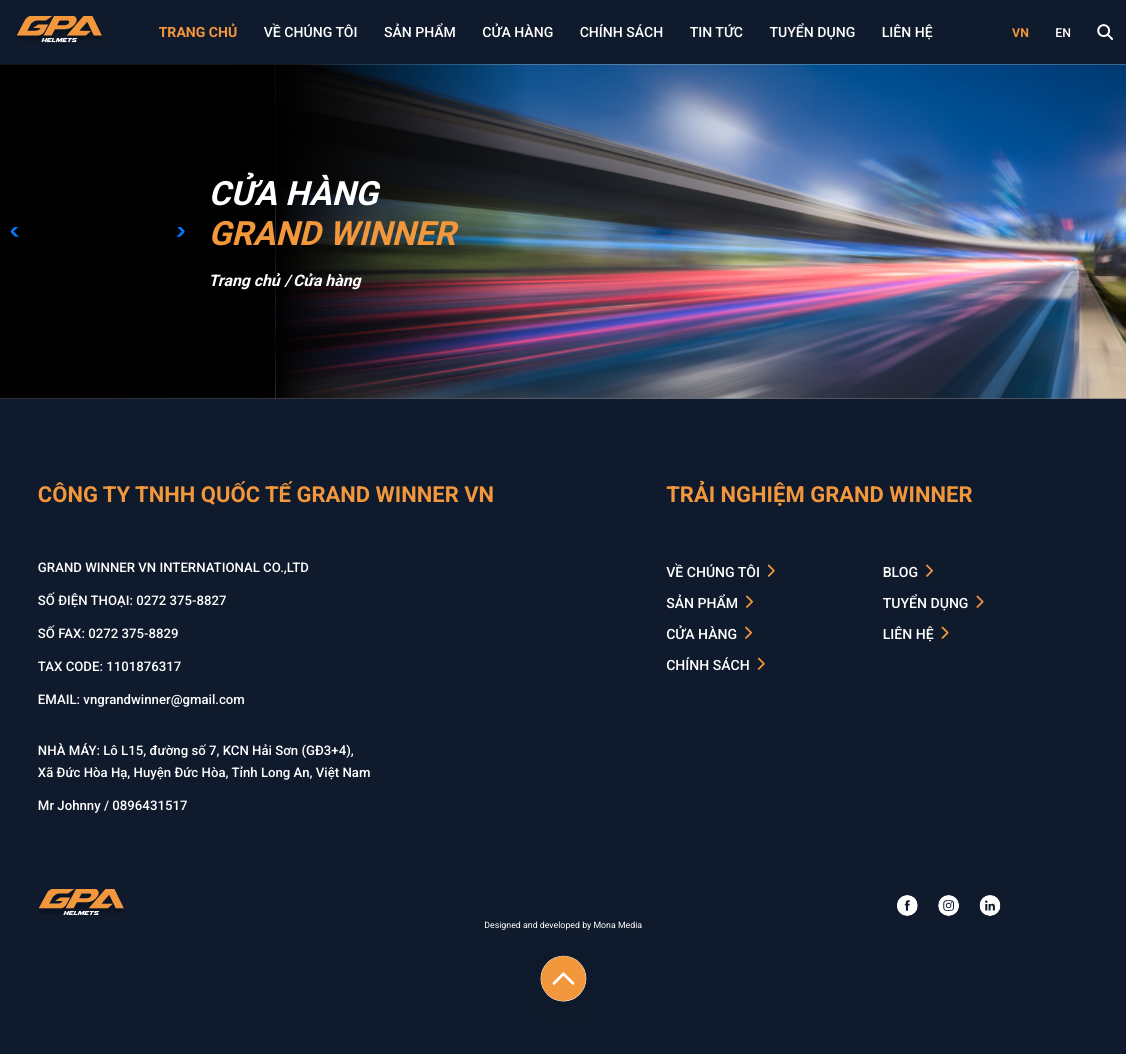
Repository: ThangNguyenT5/GrandWinner
Page: index.html
An editor plug-in stored every save of this project. The page is shown before and after the next save, followed by the edit.
The browser window is 1280 px wide. The pictures show the whole page, at 88% of full size.
Pictures or frames that could not be fetched are drawn as grey boxes. Some web libraries are served in a nearby version.

Above is the page before, as saved 2023-03-28 13:54:21.

### index.html
<!DOCTYPE html>
<html lang="en">
<head>
    <meta charset="UTF-8">
    <meta http-equiv="X-UA-Compatible" content="IE=edge">
    <meta name="viewport" content="width=device-width, initial-scale=1.0">
    <title>Cửa Hàng - GRAND WINNER</title>
    <link rel="icon" href="./assets/images/GPA-logo-small.svg">
    <link rel="stylesheet" href="./assets/css/base.css">
    <link rel="stylesheet" href="./assets/css/styles.css">
    <link rel="stylesheet" href="./assets/css/grid.css">
    <link rel="stylesheet" href="./assets/css/responsive.css">
    <link rel="stylesheet" href="https://cdnjs.cloudflare.com/ajax/libs/font-awesome/6.3.0/css/all.min.css" integrity="sha512-SzlrxWUlpfuzQ+pcUCosxcglQRNAq/DZjVsC0lE40xsADsfeQoEypE+enwcOiGjk/bSuGGKHEyjSoQ1zVisanQ==" crossorigin="anonymous" referrerpolicy="no-referrer" />
    <link href="https://fonts.googleapis.com/css2?family=Roboto:wght@300;400;500;700;900&display=swap" rel="stylesheet">
    <link href="https://unpkg.com/aos@2.3.1/dist/aos.css" rel="stylesheet">
    <link rel="stylesheet" href="https://cdn.jsdelivr.net/npm/swiper@9/swiper-bundle.min.css"/>
</head>
<body>
    <!-- HEADER -->
    <header class="hd">
        <div class="hd-ctn">
            <div class="hd-logo">
                <a href="#" class="custom-logo-link">
                    <img src="./assets/images/GPA-logo-small.svg" alt="GRAND WINNER" class="custom-logo">
                </a>
            </div>
            <div class="hd-menu hdMenu">
                <div class="hd-menu-close">
                    <!-- <i class="fa-solid fa-bars"></i> -->
                    <i class="fa-solid fa-xmark"></i>
                </div>
                <div class="menu">
                    <ul class="menu-list">
                        <li class="menu-item">
                            <a href="./index.html" class="menu-item-link current-menu-item">Trang chủ</a>
                        </li>
                        <li class="menu-item">
                            <a href="#" class="menu-item-link">Về chúng tôi</a>
                        </li>
                        <li class="menu-item">
                            <a href="./products.html" class="menu-item-link">Sản phẩm</a>
                        </li>
                        <li class="menu-item">
                            <a href="./store.html" class="menu-item-link">Cửa hàng</a>
                        </li>
                        <li class="menu-item">
                            <a href="./policy.html" class="menu-item-link">Chính sách</a>
                        </li>
                        <li class="menu-item">
                            <a href="#" class="menu-item-link">Tin tức</a>
                        </li>
                        <li class="menu-item">
                            <a href="#" class="menu-item-link">Tuyển dụng</a>
                        </li>
                        <li class="menu-item">
                            <a href="#" class="menu-item-link">Liên hệ</a>
                        </li>
                    </ul>
                </div>
                <div class="hd-menu-social">
                    <ul class="hd-social-list">
                        <li class="hd-social-item">
                            <a href="#">
                                <img src="./assets/images/./icon/fixed-menu-icon-facebook.svg" alt="facebook-icon">
                            </a>
                        </li>
                        <li class="hd-social-item">
                            <a href="#">
                                <img src="./assets/images/icon/fixed-menu-icon-instagram.svg" alt="instagram-icon">
                            </a>
                        </li>
                        <li class="hd-social-item">
                            <a href="#">
                                <img src="./assets/images/icon/fixed-menu-icon-linkedin.svg" alt="linkedin-icon">
                            </a>
                        </li>
                        <li class="hd-social-item">
                            <a href="#">
                                <img src="./assets/images/icon/fixed-menu-icon-telephone.svg" alt="telephone-icon">
                            </a>
                        </li>
                    </ul>
                </div>
            </div>
            <!-- < 1200px -->
            <div class="bg-page"></div>

            <div class="hd-controls">
                <div class="hd-lang">
                <ul class="hd-lang-list">
                    <li class="hd-lang-item">
                        <a class="lang-item-link current-lang-item" href="#">vn</a>
                    </li>
                    <li class="hd-lang-item">
                        <a class="lang-item-link" href="#">en</a>
                    </li>
                </ul>
                </div>
                <div class="hd-search">
                    <i class="hd-search-icon fa-solid fa-magnifying-glass"></i>
                    <div class="hd-search-form">
                        <form>
                            <div class="form-ctn">
                                <input type="text" placeholder="Tìm Kiếm...">
                                <input type="submit" value="">
                            </div>
                        </form>
                    </div>
                </div>
                <div class="hd-bar">
                    <i class="fa-solid fa-bars"></i>
                </div>
            </div>
        </div>
    </header>

    <!-- MAIN -->
    <main>
        <div class="banner-page">
            <div class="banner-page-img">
                <img src="./assets/images/banner/banner-trangchu.png" alt="banner-cuahang">
            </div>
            <div class="swiper mySwiper">
                <div class="swiper-wrapper">
                  <div class="swiper-slide">Slide 1</div>
                  <div class="swiper-slide">Slide 2</div>
                  <div class="swiper-slide">Slide 3</div>
                  <div class="swiper-slide">Slide 4</div>
                  <div class="swiper-slide">Slide 5</div>
                  <div class="swiper-slide">Slide 6</div>
                  <div class="swiper-slide">Slide 7</div>
                  <div class="swiper-slide">Slide 8</div>
                  <div class="swiper-slide">Slide 9</div>
                </div>
                <div class="swiper-button-next"></div>
                <div class="swiper-button-prev"></div>
                <div class="swiper-pagination"></div>
            </div>


            <div class="banner-page-content">
                <div class="container">
                    <div class="content">
                        <div class="banner-page-tt" data-aos="fade-left">
                            <h2>
                                Cửa hàng
                                <br>
                                <span class="h1">GRAND WINNER</span>
                            </h2>
                        </div>
                            <div class="breadcrumb" data-aos="fade-right">
                            <ul class="breadcrumb-list">
                                <li class="breadcrumb-item">
                                    <a href="#">Trang chủ</a>
                                </li>
                                <li class="breadcrumb-item">
                                    <a href="#">Cửa hàng</a>
                                </li>
                            </ul>
                        </div>
                    </div>
                </div>
            </div>
        </div>

    </main>

    <!-- FOOTER -->
    <footer class="ft">
        <div class="container">
            <div class="ft-top">
                <div class="ft-ctn">
                    <div class="col col-7">
                        <div class="ft-tt">
                            CÔNG TY TNHH QUỐC TẾ GRAND WINNER VN
                        </div>
                        <div class="ft-desc">
                            <p>
                                <span class="ft-label">
                                    GRAND WINNER VN INTERNATIONAL CO.,LTD
                                </span>
                            </p>
                            <p>
                                <span class="ft-label">
                                    SỐ ĐIỆN THOẠI:
                                </span>
                                <span class="ft-dt">
                                    <a href="tel:0272375-8827">0272 375-8827</a>
                                </span>
                            </p>
                            <p>
                                <span class="ft-label">
                                    SỐ FAX:
                                </span>
                                <span class="ft-dt">
                                    0272 375-8829
                                </span>
                            </p>
                            <p>
                                <span class="ft-label">
                                    TAX CODE:
                                </span>
                                <span class="ft-dt">
                                    <a href="tel:1101876317" class="dt">1101876317</a>
                                </span>
                            </p>
                            <p>
                                <span class="ft-label">
                                    EMAIL:
                                </span>
                                <span class="ft-dt">
                                    <a href="mailto:vngrandwinner@gmail.com" class="dt">vngrandwinner@gmail.com</a>
                                </span>
                            </p>

                        </div>
                        <div class="ft-desc">
                            <p>
                                <span class="ft-label">NHÀ MÁY:</span>
                                <span class="ft-dt">
                                    Lô L15, đường số 7, KCN Hải Sơn (GĐ3+4), Xã Đức Hòa Hạ, Huyện Đức Hòa, Tỉnh Long An, Việt Nam
                                </span>
                            </p>
                            <p>
                                <span class="ft-label"></span>
                                <span class="ft-dt">
                                    Mr Johnny /
                                    <a href="tel:0896431517">0896431517</a>
                                </span>
                            </p>
                        </div>
                    </div>
                    <div class="col col-5">
                        <div class="ft-tt">TRẢI NGHIỆM GRAND WINNER</div>
                        <div class="ft-menu">
                            <ul class="ft-menu-list">
                                <li class="ft-menu-item">
                                    <a href="#">
                                        VỀ CHÚNG TÔI
                                        <i class="fa-solid fa-chevron-right"></i>
                                    </a>
                                </li>
                                <li class="ft-menu-item">
                                    <a href="#">
                                        BLOG
                                        <i class="fa-solid fa-chevron-right"></i>
                                    </a>
                                </li>
                                <li class="ft-menu-item">
                                    <a href="./products.html">
                                        SẢN PHẨM
                                        <i class="fa-solid fa-chevron-right"></i>
                                    </a>
                                </li>
                                <li class="ft-menu-item">
                                    <a href="#">
                                        TUYỂN DỤNG
                                        <i class="fa-solid fa-chevron-right"></i>
                                    </a>
                                </li>
                                <li class="ft-menu-item">
                                    <a href="./store.html">
                                        CỬA HÀNG
                                        <i class="fa-solid fa-chevron-right"></i>
                                    </a>
                                </li>
                                <li class="ft-menu-item">
                                    <a href="#">
                                        LIÊN HỆ
                                        <i class="fa-solid fa-chevron-right"></i>
                                    </a>
                                </li>
                                <li class="ft-menu-item">
                                    <a href="./policy.html">
                                        CHÍNH SÁCH
                                        <i class="fa-solid fa-chevron-right"></i>
                                    </a>
                                </li>
                            </ul>
                        </div>
                        <div class="ft-map">
                            <iframe src="https://www.google.com/maps/embed?pb=!1m18!1m12!1m3!1d3919.2654292862435!2d106.65393045080707!3d10.790971361837054!2m3!1f0!2f0!3f0!3m2!1i1024!2i768!4f13.1!3m3!1m2!1s0x31752ec9c9b7e9cd%3A0x6f4a03550865d9ac!2sThe%20Mona%20Building!5e0!3m2!1svi!2s!4v1679826724121!5m2!1svi!2s" width="600" height="450" style="border:0;" allowfullscreen="" loading="lazy" referrerpolicy="no-referrer-when-downgrade"></iframe>
                        </div>
                    </div>
                </div>
            </div>
            <div class="ft-bottom">
                <div class="ft-social">
                    <div class="ft-logo">
                        <a href="#" class="custom-logo-link">
                            <img src="./assets/images/GPA-logo-small.svg" alt="GRAND WINNER">
                        </a>
                    </div>
                    <ul class="ft-social-list">
                        <li class="ft-social-item">
                            <a href="#">
                                <img src="./assets/images/icon/ft-facebook.svg" alt="facebook-icon">
                                <img src="./assets/images/icon/ft-facebook.svg" alt="facebook-icon">
                            </a>
                        </li>
                        <li class="ft-social-item">
                            <a href="#">
                                <img src="./assets/images/icon/ft-instagram.svg" alt="instagram-icon">
                                <img src="./assets/images/icon/ft-instagram.svg" alt="instagram-icon">
                            </a>
                        </li>
                        <li class="ft-social-item">
                            <a href="#">
                                <img src="./assets/images/icon/ft-linkedin.svg" alt="linkedin-icon">
                                <img src="./assets/images/icon/ft-linkedin.svg" alt="linkedin-icon">
                            </a>
                        </li>
                    </ul>
                </div>
            </div>
        </div>
        <div class="ft-by">
            <p>Designed and developed by Mona Media</p>
            <div class="move-top">
                <a href="#">
                    <img src="./assets/images/icon/move-top.svg" alt="">
                    <img src="./assets/images/icon/move-top.svg" alt="">
                </a>
            </div>
        </div>
    </footer>

    <!-- MENU-SOCIAL-FIXED -->
    <div class="menu-social-fixed">
        <ul class="menu-social-list">
            <li class="menu-social-item">
                <a href="#">
                    <img src="./assets/images/icon/fixed-menu-icon-facebook.svg" alt="facebook-icon">
                    <img src="./assets/images/icon/fixed-menu-icon-facebook.svg" alt="facebook-icon">
                </a>
            </li>
            <li class="menu-social-item">
                <a href="#">
                    <img src="./assets/images/icon/fixed-menu-icon-instagram.svg" alt="instagram-icon">
                    <img src="./assets/images/icon/fixed-menu-icon-instagram.svg" alt="instagram-icon">
                </a>
            </li>
            <li class="menu-social-item">
                <a href="#">
                    <img src="./assets/images/icon/fixed-menu-icon-linkedin.svg" alt="linkedin-icon">
                    <img src="./assets/images/icon/fixed-menu-icon-linkedin.svg" alt="linkedin-icon">
                </a>
            </li>
            <li class="menu-social-item">
                <a href="#">
                    <img src="./assets/images/icon/fixed-menu-icon-telephone.svg" alt="telephone-icon">
                    <img src="./assets/images/icon/fixed-menu-icon-telephone.svg" alt="telephone-icon">
                </a>
            </li>
        </ul>
    </div>
    <script src="https://unpkg.com/aos@2.3.1/dist/aos.js"></script>
    <script src="https://cdn.jsdelivr.net/npm/swiper@9/swiper-bundle.min.js"></script>
    <script src="./index.js"></script>
</body>
</html>

### assets/css/base.css
* {
    margin: 0;
    padding: 0;
    box-sizing: border-box;
}

html {
    font-size: 62.5%;
    scroll-behavior: smooth;
    font-family: 'Roboto', sans-serif;
}


:root {
    /* Color */
    --primary-color: #0F1A2C;
    --secondary-color: #F3973D;


    --container-padding-x: 3rem;
    --container-max-width: 100%;
    --container-fluid: calc((120rem + var(--container-padding-x)));
}

a {
    text-decoration: none;
    color: inherit;
}

.col {
    width: 50%;
}


button, select, input, textarea {
    font-family: "Roboto", "sans-serif";
    font-size: 1.4rem;
    line-height: 1.2;
    padding: 0;
    border: none;
    outline: none;
    resize: none;
    vertical-align: middle;
}

### assets/css/grid.css
.col {
    -ms-flex-preferred-size: 0;
    flex-basis: 0;
    -webkit-box-flex: 1;
    -ms-flex-positive: 1;
    flex-grow: 1;
    max-width: 100%;
  }

  .col-1,
  .col-2,
  .col-3,
  .col-4,
  .col-5,
  .col-6,
  .col-7,
  .col-8,
  .col-9,
  .col-10,
  .col-11,
  .col-12,
  .col,
  .col-auto,
  .col-sm-1,
  .col-sm-2,
  .col-sm-3,
  .col-sm-4,
  .col-sm-5,
  .col-sm-6,
  .col-sm-7,
  .col-sm-8,
  .col-sm-9,
  .col-sm-10,
  .col-sm-11,
  .col-sm-12,
  .col-sm,
  .col-sm-auto,
  .col-md-1,
  .col-md-2,
  .col-md-3,
  .col-md-4,
  .col-md-5,
  .col-md-6,
  .col-md-7,
  .col-md-8,
  .col-md-9,
  .col-md-10,
  .col-md-11,
  .col-md-12,
  .col-md,
  .col-md-auto,
  .col-lg-1,
  .col-lg-2,
  .col-lg-3,
  .col-lg-4,
  .col-lg-5,
  .col-lg-6,
  .col-lg-7,
  .col-lg-8,
  .col-lg-9,
  .col-lg-10,
  .col-lg-11,
  .col-lg-12,
  .col-lg,
  .col-lg-auto,
  .col-xl-1,
  .col-xl-2,
  .col-xl-3,
  .col-xl-4,
  .col-xl-5,
  .col-xl-6,
  .col-xl-7,
  .col-xl-8,
  .col-xl-9,
  .col-xl-10,
  .col-xl-11,
  .col-xl-12,
  .col-xl,
  .col-xl-auto {
    position: relative;
    width: 100%;
    min-height: 1px;
    padding-right: 15px;
    padding-left: 15px;
  }

  .col {
    -ms-flex-preferred-size: 0;
    flex-basis: 0;
    -webkit-box-flex: 1;
    -ms-flex-positive: 1;
    flex-grow: 1;
    max-width: 100%;
  }

  .col-auto {
    -webkit-box-flex: 0;
    -ms-flex: 0 0 auto;
    flex: 0 0 auto;
    width: auto;
    max-width: none;
  }

  .col-1 {
    -webkit-box-flex: 0;
    -ms-flex: 0 0 8.333333%;
    flex: 0 0 8.333333%;
    max-width: 8.333333%;
  }

  .col-2 {
    -webkit-box-flex: 0;
    -ms-flex: 0 0 16.666667%;
    flex: 0 0 16.666667%;
    max-width: 16.666667%;
  }

  .col-3 {
    -webkit-box-flex: 0;
    -ms-flex: 0 0 25%;
    flex: 0 0 25%;
    max-width: 25%;
  }

  .col-4 {
    -webkit-box-flex: 0;
    -ms-flex: 0 0 33.333333%;
    flex: 0 0 33.333333%;
    max-width: 33.333333%;
  }

  .col-5 {
    -webkit-box-flex: 0;
    -ms-flex: 0 0 41.666667%;
    flex: 0 0 41.666667%;
    max-width: 41.666667%;
  }

  .col-6 {
    -webkit-box-flex: 0;
    -ms-flex: 0 0 50%;
    flex: 0 0 50%;
    max-width: 50%;
  }

  .col-7 {
    -webkit-box-flex: 0;
    -ms-flex: 0 0 58.333333%;
    flex: 0 0 58.333333%;
    max-width: 58.333333%;
  }

  .col-8 {
    -webkit-box-flex: 0;
    -ms-flex: 0 0 66.666667%;
    flex: 0 0 66.666667%;
    max-width: 66.666667%;
  }

  .col-9 {
    -webkit-box-flex: 0;
    -ms-flex: 0 0 75%;
    flex: 0 0 75%;
    max-width: 75%;
  }

  .col-10 {
    -webkit-box-flex: 0;
    -ms-flex: 0 0 83.333333%;
    flex: 0 0 83.333333%;
    max-width: 83.333333%;
  }

  .col-11 {
    -webkit-box-flex: 0;
    -ms-flex: 0 0 91.666667%;
    flex: 0 0 91.666667%;
    max-width: 91.666667%;
  }

  .col-12 {
    -webkit-box-flex: 0;
    -ms-flex: 0 0 100%;
    flex: 0 0 100%;
    max-width: 100%;
  }

Loaded but not shown: index.js (59 lines, source omitted); assets/css/styles.css (854 lines, source omitted); assets/css/responsive.css (300 lines, source omitted)

After the next save:
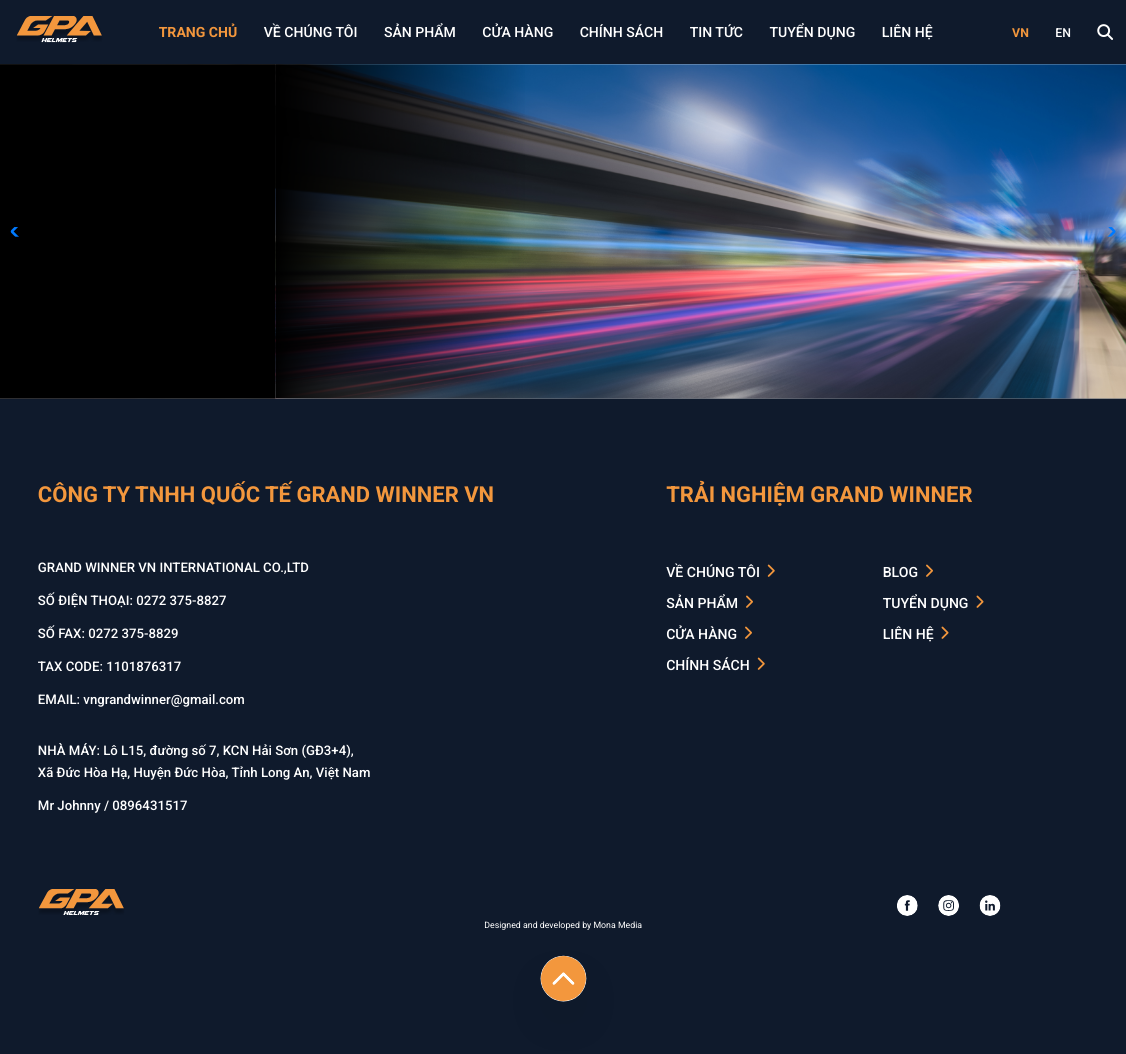
Saved 68 s later.
--- a/index.html
+++ b/index.html
@@ -120,7 +120,7 @@
             <div class="banner-page-img">
                 <img src="./assets/images/banner/banner-trangchu.png" alt="banner-cuahang">
             </div>
-            <div class="swiper mySwiper">
+            <div class="banner-page-content swiper mySwiper">
                 <div class="swiper-wrapper">
                   <div class="swiper-slide">Slide 1</div>
                   <div class="swiper-slide">Slide 2</div>
@@ -138,7 +138,7 @@
             </div>
 
 
-            <div class="banner-page-content">
+            <!-- <div class="banner-page-content">
                 <div class="container">
                     <div class="content">
                         <div class="banner-page-tt" data-aos="fade-left">
@@ -160,7 +160,7 @@
                         </div>
                     </div>
                 </div>
-            </div>
+            </div> -->
         </div>
 
     </main>
